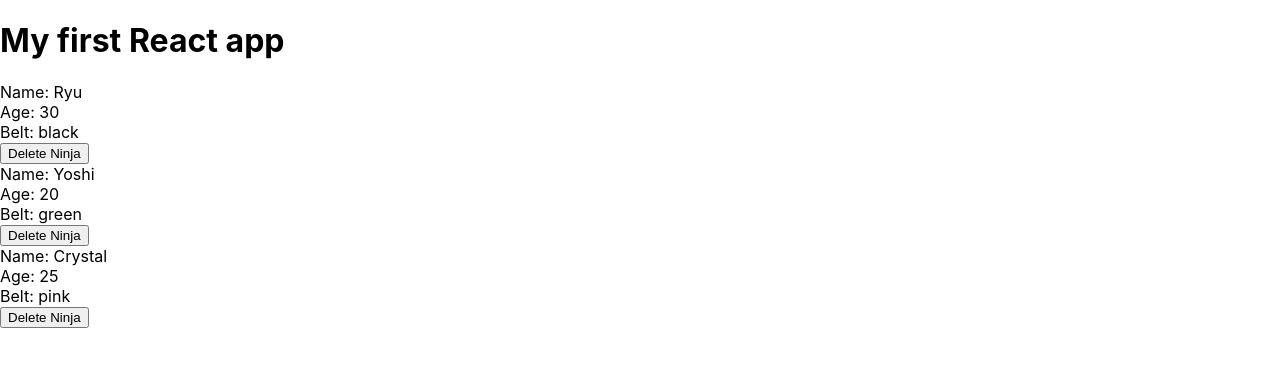
Repository: Piterwk1/Trening-react
Page: /
The author's editor kept a copy of each file at every save. The page is drawn from the files as they stood at one save, then again after a run of saves.
The browser window is 1280 px wide. The pictures show the whole page.
The project was rebuilt for these pictures with package versions that can differ from the ones it lists, and the page was loaded fresh each time.

Above is the page before, as saved 2021-02-09 21:08:33.

After the next 2 saves:
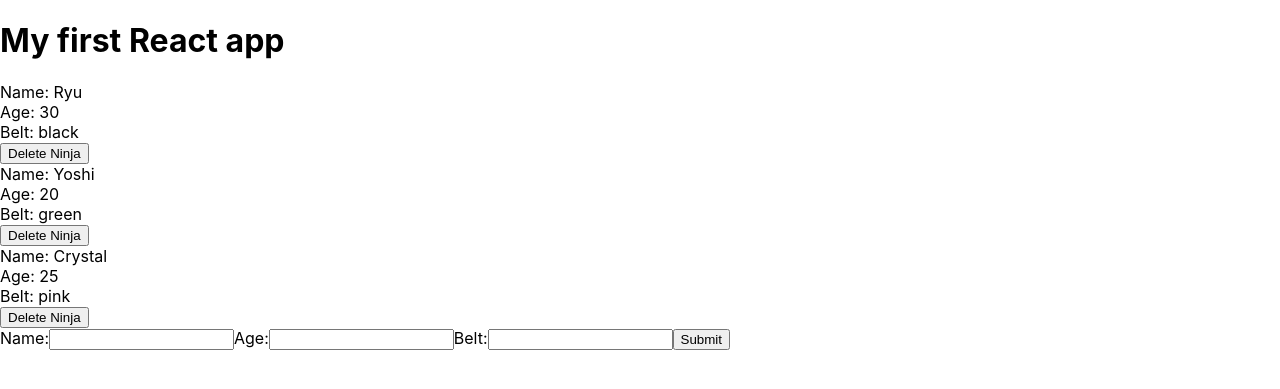
The 2 saves are shown as one change because 1 did not build or start.
The last was saved 2 min 24 s later.
--- a/src/App.js
+++ b/src/App.js
@@ -1,4 +1,5 @@
 import React, { Component } from 'react';
+import AddNinja from './AddNinja';
 import Ninjas from './Ninjas';
 
 class App extends Component {
@@ -18,6 +19,7 @@ class App extends Component {
 
         {/* eslint-disable-next-line react/destructuring-assignment */}
         <Ninjas ninjas={this.state.ninjas} />
+        <AddNinja />
       </div>
     );
   }
--- a/src/AddNinja.js
+++ b/src/AddNinja.js
@@ -1,6 +1,7 @@
-import React from 'react';
+import React, { Component } from 'react';
 
 class AddNinja extends Component {
+  // eslint-disable-next-line react/state-in-constructor
   state = {
     name: null,
     age: null,
